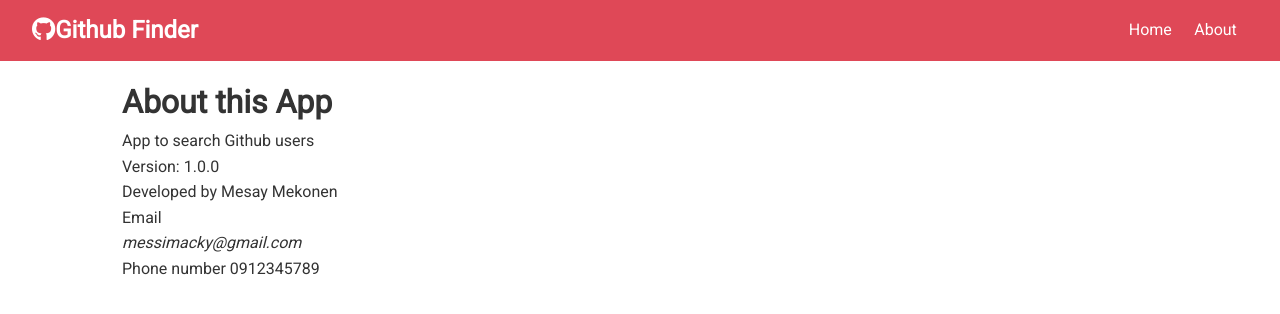
Repository: messimacky/github-finder
Page: /about
The author's editor kept a copy of each file at every save. The page is drawn from the files as they stood at one save, then again after the next save.
The browser window is 1280 px wide. The pictures show the whole page.
Some web libraries are served in a nearby version. The project was rebuilt for these pictures with package versions that can differ from the ones it lists, and the page was loaded fresh each time. Also part of the build but not shown: src/users/UserItem.js, src/components/layout/Spinner.js, src/users/Users.js, src/users/User.js, src/users/Search.js, src/components/layout/Alert.js.

Above is the page before, as saved 2022-02-27 15:08:17.

After the next save:
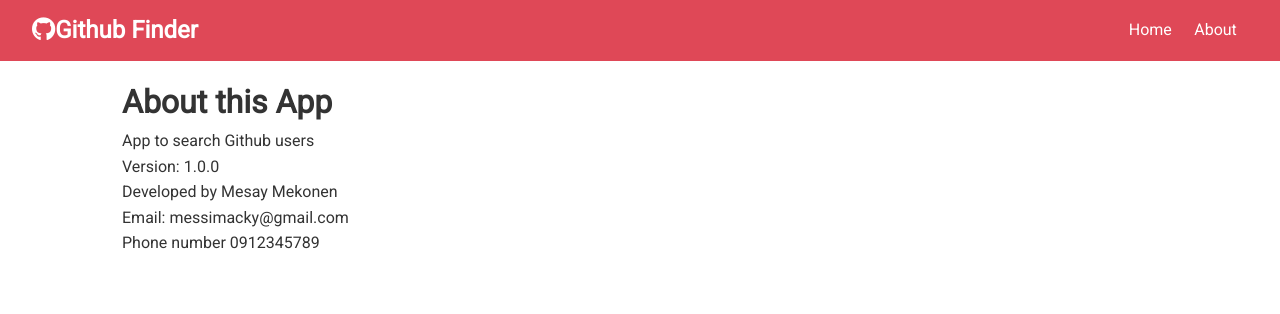
Saved 22 s later.
--- a/src/components/pages/About.js
+++ b/src/components/pages/About.js
@@ -7,7 +7,7 @@ const About = () => {
             <p>App to search Github users</p>
             <p>Version: 1.0.0</p>
             <p>Developed by Mesay Mekonen</p>
-            <p>Email <address> messimacky@gmail.com</address></p>
+            <p>Email: messimacky@gmail.com</p>
             <p>Phone number 0912345789</p>
         </Fragment>
     );
